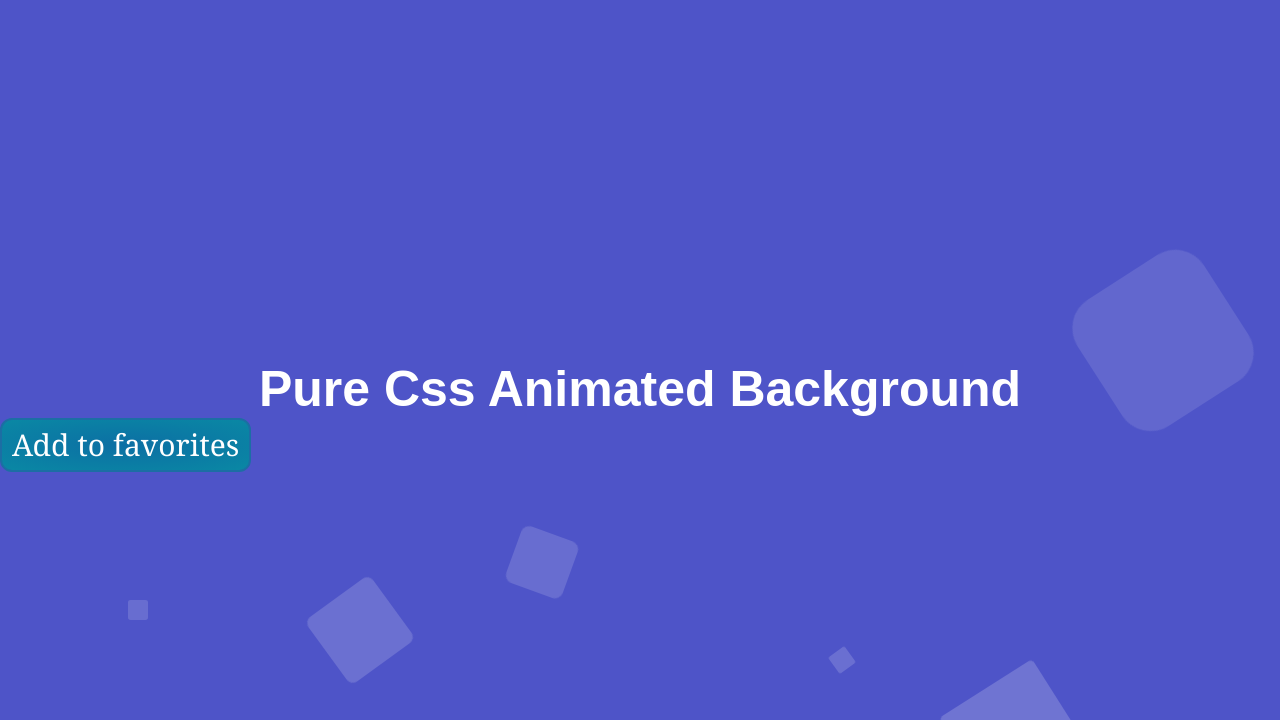
Repository: Jok98/CentriVaccinaliWebApp
Page: http://localhost/CentriVaccinaliOperatori/
These files come from the project's save history. The page is drawn as it stood at one moment and after the next save; the edit follows.
The browser window is 1280 px wide. The pictures show the whole page.
Some web fonts or font styles are not loaded; a fallback is used. The page is served by Tomcat 9.

Above is the page before, as saved 2022-09-24 13:37:53.

### CentriVaccinaliOperatori/src/main/webapp/index.jsp
<%@ page language="java" contentType="text/html; charset=ISO-8859-1"
	pageEncoding="ISO-8859-1"%>
<!DOCTYPE html>
<html>
<head>
<meta charset="ISO-8859-1">
<link rel="stylesheet" href="operatori.css">
<link rel="stylesheet" href="background.css">
<title>Operatori Centri Vaccinali</title>
</head>
<body>
	<div class="context">
		<h1>Pure Css Animated Background</h1>
		<input class="button" type="button" value="Add to favorites">
	</div>


	<div class="area">
		<ul class="circles">
			<li></li>
			<li></li>
			<li></li>
			<li></li>
			<li></li>
			<li></li>
			<li></li>
			<li></li>
			<li></li>
			<li></li>
		</ul>
	</div>

</body>
</html>

### CentriVaccinaliOperatori/src/main/webapp/operatori.css
@charset "ISO-8859-1";

/* bottoni */
.button {
color: rgb(255, 255, 255); font-size: 30px; line-height: 30px; padding: 10px; border-radius: 12px; font-family: Georgia, serif; font-weight: normal; text-decoration: none; font-style: normal; font-variant: normal; text-transform: none; background-image: radial-gradient(at center center, rgb(12, 111, 164) 0%, rgb(10, 136, 164) 100%, rgb(12, 111, 164) 100%); box-shadow: rgba(0, 0, 0, 0) 81px -57px 0px 0px; border: 2px solid rgb(28, 110, 164); display: inline-block;}
.button:hover {
background: #80c3ff; }
.button:active {
background: #1ca4ff; }

### CentriVaccinaliOperatori/src/main/webapp/background.css
@charset "ISO-8859-1";
@import url('https://fonts.googleapis.com/css?family=Exo:400,700');

*{
    margin: 0px;
    padding: 0px;
}

body{
    font-family: 'Exo', sans-serif;
}


.context {
    width: 100%;
    position: absolute;
    top:50vh;

}

.context h1{
    text-align: center;
    color: #fff;
    font-size: 50px;
}


.area{
    background: #4e54c8;
    background: -webkit-linear-gradient(to left, #8f94fb, #4e54c8);
    width: 100%;
    height:100vh;


}

.circles{
    position: absolute;
    top: 0;
    left: 0;
    width: 100%;
    height: 100%;
    overflow: hidden;
}

.circles li{
    position: absolute;
    display: block;
    list-style: none;
    width: 20px;
    height: 20px;
    background: rgba(255, 255, 255, 0.2);
    animation: animate 25s linear infinite;
    bottom: -150px;

}

.circles li:nth-child(1){
    left: 25%;
    width: 80px;
    height: 80px;
    animation-delay: 0s;
}


.circles li:nth-child(2){
    left: 10%;
    width: 20px;
    height: 20px;
    animation-delay: 2s;
    animation-duration: 12s;
}

.circles li:nth-child(3){
    left: 70%;
    width: 20px;
    height: 20px;
    animation-delay: 4s;
}

.circles li:nth-child(4){
    left: 40%;
    width: 60px;
    height: 60px;
    animation-delay: 0s;
    animation-duration: 18s;
}

.circles li:nth-child(5){
    left: 65%;
    width: 20px;
    height: 20px;
    animation-delay: 0s;
}

.circles li:nth-child(6){
    left: 75%;
    width: 110px;
    height: 110px;
    animation-delay: 3s;
}

.circles li:nth-child(7){
    left: 35%;
    width: 150px;
    height: 150px;
    animation-delay: 7s;
}

.circles li:nth-child(8){
    left: 50%;
    width: 25px;
    height: 25px;
    animation-delay: 15s;
    animation-duration: 45s;
}

.circles li:nth-child(9){
    left: 20%;
    width: 15px;
    height: 15px;
    animation-delay: 2s;
    animation-duration: 35s;
}

.circles li:nth-child(10){
    left: 85%;
    width: 150px;
    height: 150px;
    animation-delay: 0s;
    animation-duration: 11s;
}



@keyframes animate {

    0%{
        transform: translateY(0) rotate(0deg);
        opacity: 1;
        border-radius: 0;
    }

    100%{
        transform: translateY(-1000px) rotate(720deg);
        opacity: 0;
        border-radius: 50%;
    }

}

After the next save:
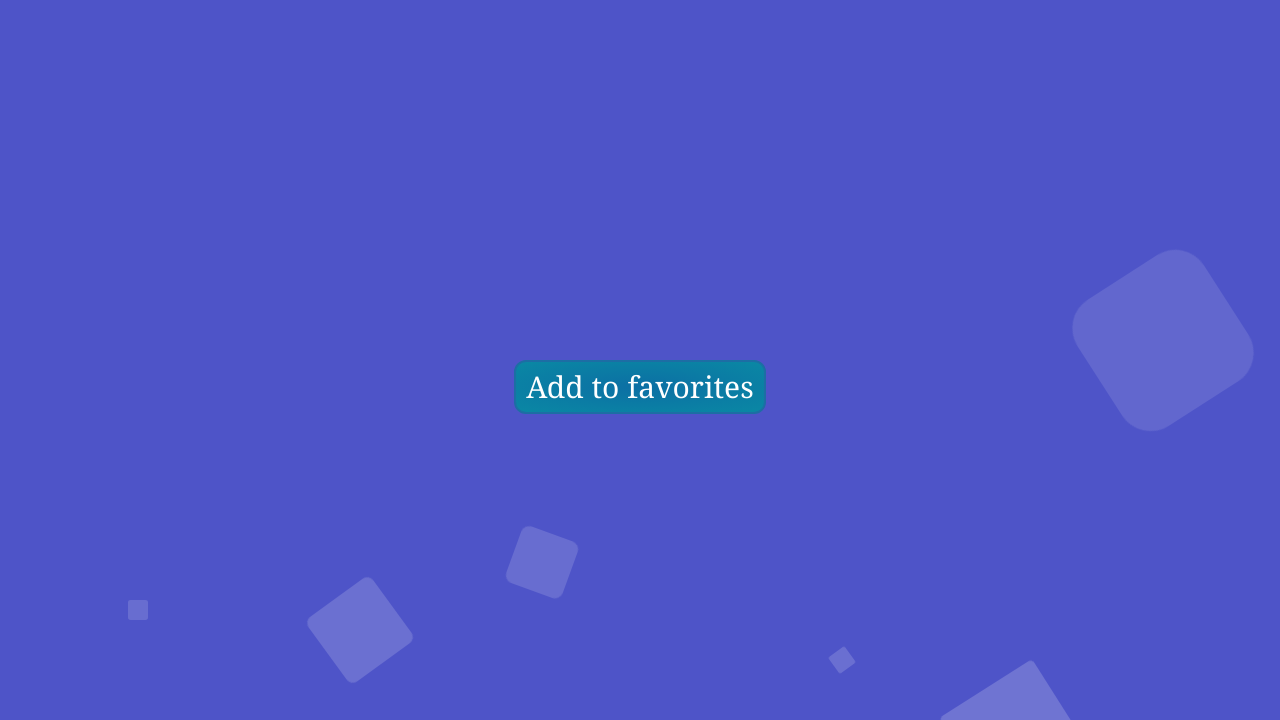
Saved 3 min 22 s later.
--- a/CentriVaccinaliOperatori/src/main/webapp/index.jsp
+++ b/CentriVaccinaliOperatori/src/main/webapp/index.jsp
@@ -9,9 +9,8 @@
 <title>Operatori Centri Vaccinali</title>
 </head>
 <body>
-	<div class="context">
-		<h1>Pure Css Animated Background</h1>
-		<input class="button" type="button" value="Add to favorites">
+	<div class="context" align=center>
+		<input class="button" type="button" value="Add to favorites" >
 	</div>
 
 
